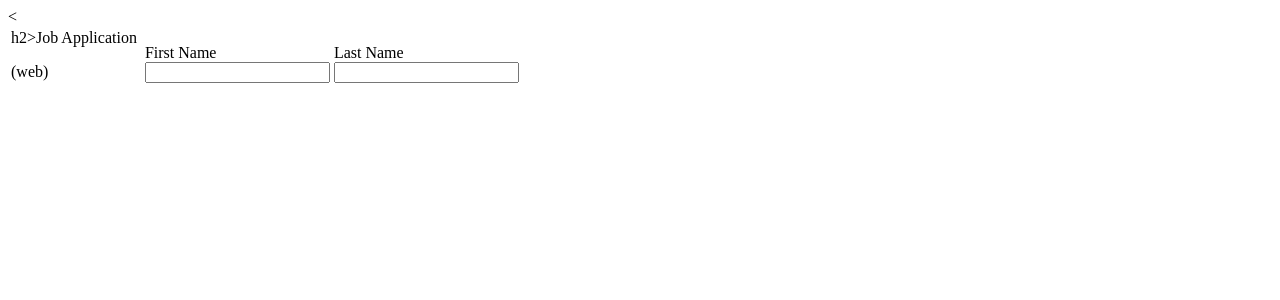
Repository: diensy/JOB-APPLICATION
Page: index.html
These files come from the project's save history. The page is drawn as it stood at one moment and after the next save; the edit follows.
The browser window is 1280 px wide. The pictures show the whole page.

Above is the page before, as saved 2024-02-27 00:17:24.

After the next save:
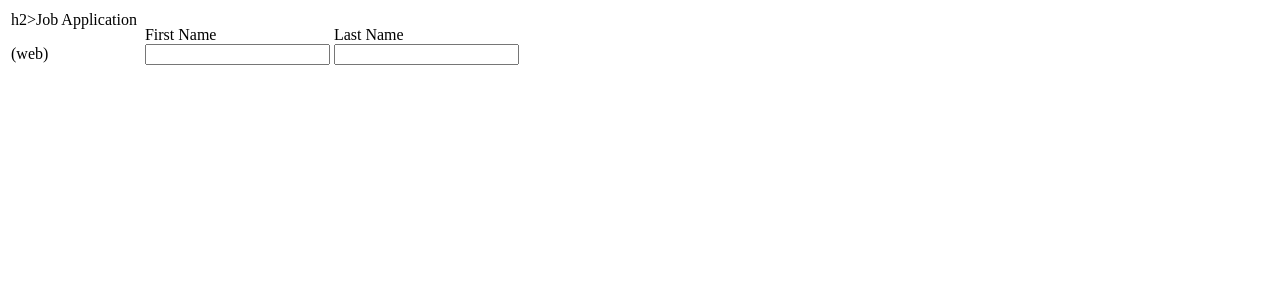
Saved 6 s later.
--- a/index.html
+++ b/index.html
@@ -6,7 +6,7 @@
     <title>Job Application</title>
   </head>
   <body>
-    <
+
     <form action="">
       <table>
         <tr>
